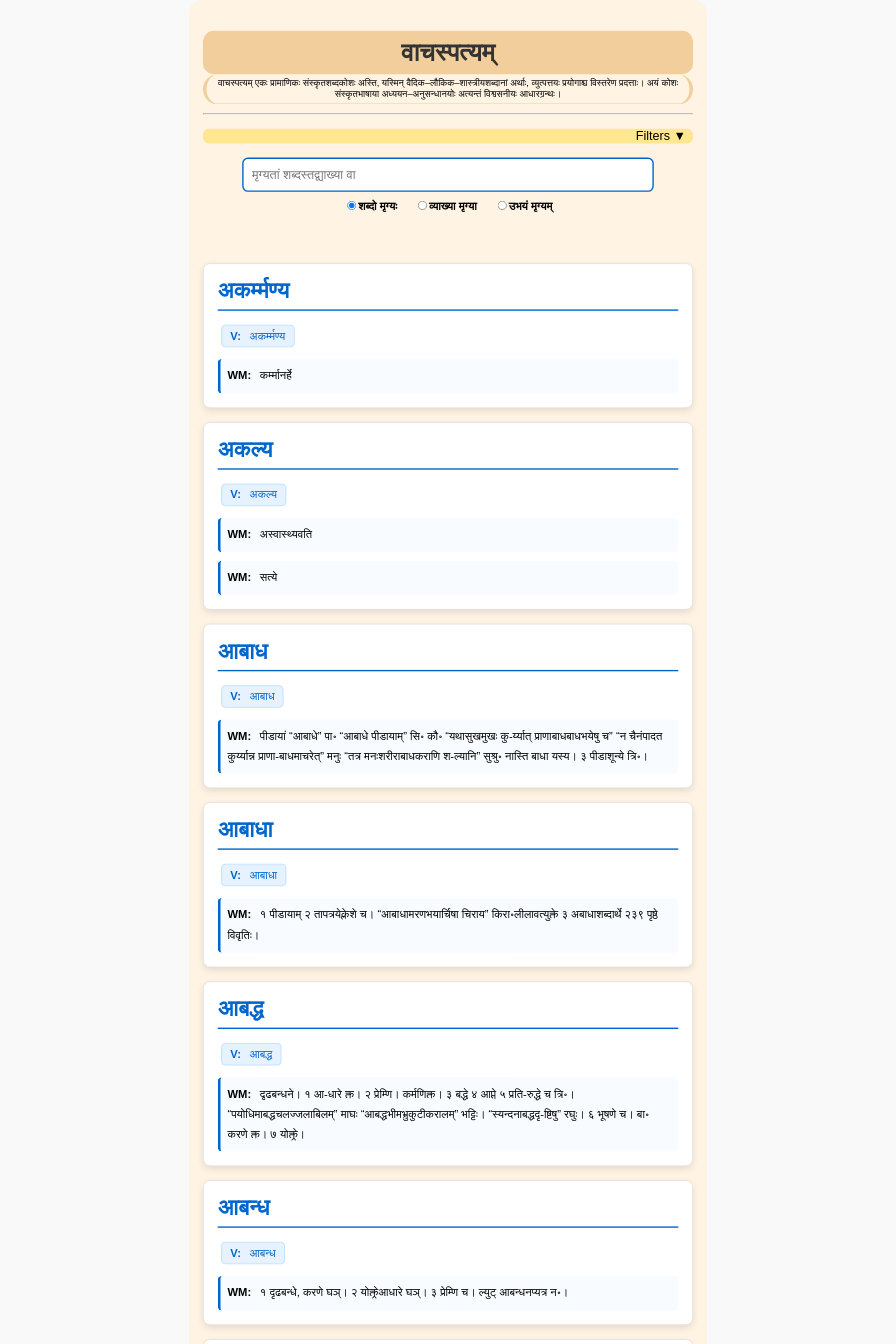
Repository: sanskritsphere/vachaspatyam-demo
Page: index.html
An editor plug-in stored every save of this project. The page is shown before and after the next save, followed by the edit.
The browser window is 1280 px wide. The pictures show the part of the page from y = 0 to 1920 px (the page is 3422 px tall before and 3410 px after), at 70% of full size.

Above is the page before, as saved 2025-12-14 16:11:34.

### index.html
<!DOCTYPE html>
<html lang="sa">
<head>
    <meta charset="UTF-8">
    <meta name="viewport" content="width=device-width, initial-scale=1.0">
    <link rel="styleSheet" type="text/css" href="style.css">
    <title>वाचस्पत्यम् शब्दकोशः</title>

</head>
<body>
    <div class="container">
    <header>
        <h1>वाचस्पत्यम्</h1>
    <p class="small">वाचस्पत्यम् एकः प्रामाणिकः संस्कृतशब्दकोशः अस्ति, यस्मिन् वैदिक–लौकिक–शास्त्रीयशब्दानां अर्थाः, व्युत्पत्तयः प्रयोगाश्च विस्तरेण प्रदत्ताः।
अयं कोशः संस्कृतभाषाया अध्ययन–अनुसन्धानयोः अत्यन्तं विश्वसनीयः आधारग्रन्थः।</p>
    </header>
    <hr>
<div class="toggle-btn" id="toggleFilters">
    Filters
    <span class="arrow">▼</span>
</div>
    <div id="searchContainer">
        <input type="text" id="search" placeholder="मृग्यतां शब्दस्तद्व्याख्या वा">
        <div class="search-options">
            <label><input type="radio" name="searchMode" value="wordOnly" checked>शब्दो मृग्यः</label>
            <label><input type="radio" name="searchMode" value="meaningOnly">व्याख्या मृग्या</label>
            <label><input type="radio" name="searchMode" value="both">उभयं मृग्यम्</label>
        </div>
    </div>

    <div class="filters" id="filtersPanel">
        <div class="filter-group" id="startingLetterGroup">
            <label>आद्यक्षरानुक्रमेण पृथक्करणम्</label>
            <select id="startingLetterFilter">
                <option value="">सर्वाणि आद्यक्षराणि</option>
            </select>
        </div>

        <div class="filter-group" id="gcGroup">
            <label>लिङ्गशः पृथक्करणम्</label>
            <select id="gcFilter">
                <option value="">सर्वलिङ्गानि</option>
            </select>
        </div>

        <!-- टैग विज़िबिलिटी -->
        <div class="filter-group" style="grid-column: 1 / -1;" id="tagVisibilityGroup">
            <label>दर्शयितुमिष्टानि खण्डानि चिन्वीत</label>
            <div class="tag-visibility" id="tagVisibility">
                <!-- डायनामिकली जनरेट होगा -->
            </div>
        </div>

        <!-- नए टैग फ़िल्टर सेक्शन -->
        <div class="filter-group" style="grid-column: 1 / -1;" id="tagFiltersGroup">
            <label>टैग्-मूल्येन विशिष्टमानानि चीयन्ताम्</label>
            <div class="tag-filters" id="tagFilters">
                <!-- XML से सभी टैग्स के लिए डायनामिक सिलेक्ट बॉक्स जनरेट होंगे -->
            </div>
        </div>
    </div>

    <div id="results"></div>
</div>
    <script>

        let dictionary = [];
        let allTags = new Set();
        let tagValues = {}; // { tag: Set of values }
        let startingLetters = new Set();
        let gcValues = new Set();
        let currentPage = 1;
        const itemsPerPage = 25;
        // XML फ़ाइल लोड करना
        fetch('vachaspatyam.xml')
            .then(response => response.text())
            .then(xmlText => {
                const parser = new DOMParser();
                const xml = parser.parseFromString(xmlText, "application/xml");
                const entries = xml.querySelectorAll('entry');

                entries.forEach(entry => {
                    const obj = {};
                    entry.querySelectorAll('*').forEach(child => {
                        const tagName = child.tagName;
                        allTags.add(tagName);

                        if (!obj[tagName]) obj[tagName] = [];
                        const value = child.textContent.trim();
                        if (value) obj[tagName].push(value);

                        // टैग वैल्यूज़ कलेक्ट करना
                        if (!tagValues[tagName]) tagValues[tagName] = new Set();
                        tagValues[tagName].add(value);

                        // विशेष हैंडलिंग
                        if (tagName === 'V' && value) {
                            startingLetters.add(value[0]);
                        }
                        if (tagName === 'GC' && value) {
                            gcValues.add(value);
                        }
                    });
                    dictionary.push(obj);
                });

                generateDynamicFilters();
                generateTagVisibility();
                generateTagFilters(); // नया फ़ीचर
                renderEntries(dictionary);
            })
            .catch(err => {
                document.getElementById('results').innerHTML =
                    '<p class="no-results">vachaspatyam.xml इति संचिका न लब्धा। कृपया तां स्थापयतु।</p>';
                console.error(err);
            });

        function generateDynamicFilters() {
            const startingSelect = document.getElementById('startingLetterFilter');
            [...startingLetters].sort().forEach(letter => {
                const opt = document.createElement('option');
                opt.value = letter;
                opt.textContent = letter;
                startingSelect.appendChild(opt);
            });

            const gcSelect = document.getElementById('gcFilter');
            [...gcValues].sort().forEach(gc => {
                const opt = document.createElement('option');
                opt.value = gc;
                opt.textContent = gc;
                gcSelect.appendChild(opt);
            });
        }

        function generateTagVisibility() {
            const container = document.getElementById('tagVisibility');
            container.innerHTML = '';
            [...allTags].sort().forEach(tag => {
                const label = document.createElement('label');
                const checkbox = document.createElement('input');
                checkbox.type = 'checkbox';
                checkbox.id = 'show' + tag;
                checkbox.checked = tag === 'V' || tag === 'WM'; // डिफ़ॉल्ट V और WM दिखाएँ
                label.appendChild(checkbox);
                label.appendChild(document.createTextNode(' ' + tag));
                container.appendChild(label);
            });
        }

        function generateTagFilters() {
            const container = document.getElementById('tagFilters');
            container.innerHTML = '';
            [...allTags].sort().forEach(tag => {
                if (tag === 'V') return; // V के लिए पहले से आदि अक्षर फ़िल्टर है

                const group = document.createElement('div');
                group.className = 'filter-group';

                const label = document.createElement('label');
                label.textContent = `${tag} मूल्येन पृथक्करोतु`;
                group.appendChild(label);

                const select = document.createElement('select');
                select.id = 'filter_' + tag;
                select.innerHTML = '<option value="">सर्वाणि</option>';

                // टैग के सभी यूनिक वैल्यूज़ जोड़ना
                [...tagValues[tag]].sort().forEach(val => {
                    const opt = document.createElement('option');
                    opt.value = val;
                    opt.textContent = val;
                    select.appendChild(opt);
                });

                group.appendChild(select);
                container.appendChild(group);
            });
        }

        function getMeaningText(entry) {
            let text = '';
            Object.keys(entry).forEach(key => {
                if (key !== 'V') {
                    text += entry[key].join(' ') + ' ';
                }
            });
            return text;
        }

        function renderEntries(entries, query) {
    const resultsDiv = document.getElementById('results');
    resultsDiv.innerHTML = '';

    if (entries.length === 0) {
        resultsDiv.innerHTML =
            '<p class="no-results">कश्चन शब्दो न लब्धः। कृपया मृग्यपदं परिवर्तयतु।</p>';
        return;
    }

    entries.forEach(entry => {
        const div = document.createElement('div');
        div.className = 'entry';

        const headWord = entry.V ? highlightText(entry.V[0], query) : 'अज्ञातः';
        div.innerHTML = `<h3>${headWord}</h3>`;

        const tagsDiv = document.createElement('div');

        allTags.forEach(tag => {
            const checkbox = document.getElementById('show' + tag);
            if (checkbox && checkbox.checked && entry[tag]) {
                entry[tag].forEach(value => {
                    const highlightedValue = highlightText(value, query);

                    if (tag === 'WM' || tag === 'EXP') {
                        tagsDiv.innerHTML += `
                            <div class="content">
                                <span class="tag-name">${tag}:</span>
                                ${highlightedValue}
                            </div>`;
                    } else {
                        tagsDiv.innerHTML += `
                            <span class="tag">
                                <span class="tag-name">${tag}:</span>
                                ${highlightedValue}
                            </span>`;
                    }
                });
            }
        });

        div.appendChild(tagsDiv);
        resultsDiv.appendChild(div);
    });
}


        function filterEntries() {
            let filtered = dictionary;

            const query = document.getElementById('search').value.trim();
            const searchMode = document.querySelector('input[name="searchMode"]:checked').value;

            if (query) {
                if (searchMode === 'wordOnly') {
                    filtered = filtered.filter(entry => entry.V && entry.V.some(v => v.includes(query)));
                } else if (searchMode === 'meaningOnly') {
                    filtered = filtered.filter(entry => getMeaningText(entry).includes(query));
                } else {
                    filtered = filtered.filter(entry =>
                        (entry.V && entry.V.some(v => v.includes(query))) ||
                        getMeaningText(entry).includes(query)
                    );
                }
            }

            const startingLetter = document.getElementById('startingLetterFilter').value;
            if (startingLetter) {
                filtered = filtered.filter(entry => entry.V && entry.V[0].startsWith(startingLetter));
            }

            const gc = document.getElementById('gcFilter').value;
            if (gc) {
                filtered = filtered.filter(entry => entry.GC && entry.GC.includes(gc));
            }

            // सभी टैग फ़िल्टर्स
            allTags.forEach(tag => {
                const select = document.getElementById('filter_' + tag);
                if (select && select.value) {
                    const filterValue = select.value;
                    filtered = filtered.filter(entry =>
                        entry[tag] && entry[tag].includes(filterValue)
                    );
                }
            });

            renderEntries(filtered, query);
        }

        // for highlight
            function highlightText(text, query) {
                if (!query) return text;
                const regex = new RegExp(`(${query})`, 'gi');
                return text.replace(regex, '<mark>$1</mark>');
            }

        // टॉगल बटन
    document.getElementById('toggleFilters').addEventListener('click', () => {
    const panel = document.getElementById('filtersPanel');
    const btn = document.getElementById('toggleFilters');
    btn.classList.toggle('active');
    panel.style.display = panel.style.display === 'block' ? 'none' : 'block';

    if (panel.classList.contains('show')) {
        panel.classList.remove('show');
        setTimeout(() => {
            panel.style.display = 'none';
        }, 600); // CSS transition duration के बराबर
    } else {
        panel.style.display = 'grid';
        // थोड़ा सा delay ताकि display apply हो जाए
        requestAnimationFrame(() => {
            panel.classList.add('show');
        });
    }
});


    function generateTagVisibility() {
    const container = document.getElementById('tagVisibility');
    container.innerHTML = '';

    // टैग नेम → संस्कृत में पूरा लेबल (विवरण)
    const tagLabels = {
        V:    "शब्दः (Vocable)",
        GC:   "लिङ्गम् (Grammatical Category)",
        GR:   "व्युत्पत्तिः (Grammar & Root)",
        ET:   "व्युत्पत्ति-विवरणम् (Etymology)",
        EXP:  "व्याख्या (Explanation)",
        CA:   "समास-विश्लेषणम् (Compound Analysis)",
        CT:   "उद्धरणम् (Citation Text)",
        RM:   "सन्दर्भः (Reference Mode)",
        WM:   "मुख्यार्थः (Word Meaning)"
        // यदि भविष्य में नया टैग जोड़ा जाए तो यहाँ उसका विवरण जोड़ सकते हैं
    };

    [...allTags].sort().forEach(tag => {
        const label = document.createElement('label');
        const checkbox = document.createElement('input');
        checkbox.type = 'checkbox';
        checkbox.id = 'show' + tag;
        // डिफ़ॉल्ट: V और WM हमेशा चेक रहें
        checkbox.checked = (tag === 'V' || tag === 'WM');

        label.appendChild(checkbox);
        // विवरण यदि उपलब्ध हो तो दिखाएँ, अन्यथा केवल टैग नेम
        const displayText = tagLabels[tag] || tag;
        label.appendChild(document.createTextNode(' ' + displayText));

        container.appendChild(label);
    });
}



        // सभी इवेंट्स
        document.getElementById('search').addEventListener('input', filterEntries);
        document.querySelectorAll('input[name="searchMode"]').forEach(radio => radio.addEventListener('change', filterEntries));
        document.getElementById('startingLetterFilter').addEventListener('change', filterEntries);
        document.getElementById('gcFilter').addEventListener('change', filterEntries);
        document.getElementById('filtersPanel').addEventListener('change', filterEntries); // सभी सिलेक्ट और चेकबॉक्स




    </script>
</body>
</html>

### style.css

        body {
            font-family: 'Sanskrit Text', 'Arial Unicode MS', Arial, sans-serif;
            margin: 20px;
            background-color: #f9f9f9;
            direction: ltr;
            margin: 0;
            padding: 0;
        }
        .container{
            width: 95%;
            max-width: 700px;
            margin: auto;
            background-color: #fff3e3;
            padding: 20px;
            border-radius: 20px;
        }
        header{
            display: block;
            justify-content: center;
            align-items: center;
            gap: 20px;
        }

       header h1 {
            text-align: center;
            color: #333;
            font-size: 36px;
            background-color: #f1ce9c;
            padding: 10px;
            border-radius: 15px;
            margin-bottom: 0;
        }
       header .small{
            margin-top: 0;
            padding: 5px;
            font-size: smaller;
            border-left: 5px solid #f1ce9c;
            border-radius: 100px ;
            border-right: 5px solid #f1ce9c;
            border-bottom: 1px solid #f1ce9c;
            text-align: center;
        }
        #toggleFilters {
            display: block;
            margin: 20px auto;
            padding: 0px 10px ;
            font-size: 18px;
            background: #ffe792;
            color: rgb(0, 0, 0);
            border: none;
            border-radius: 8px;
            cursor: pointer;
            text-align: right;

        }

        .arrow {
        display: inline-block;
        transition: transform 0.4s ease;
    }

    #toggleFilters.active .arrow {
        transform: rotate(180deg);
    }
        #searchContainer {
            margin-bottom: 20px;
            text-align: center;
        }
        #search {
            width: 80%;
            max-width: 600px;
            padding: 12px;
            font-size: 18px;
            border: 2px solid #0066cc;
            border-radius: 8px;
        }
        .search-options {
            margin-top: 10px;
        }
        .search-options label {
            margin: 0 10px;
            font-weight: bold;
            font-size: 16px;

        }
        .filters {
    margin-bottom: 20px;
    padding: 15px;
    background: #fff;
    border: 1px solid #ddd;
    border-radius: 10px;
    box-shadow: 0 4px 10px rgba(0,0,0,0.1);
    margin-top: 10px;
    /* display: grid; */
    grid-template-columns: repeat(auto-fit, minmax(300px, 1fr));
    gap: 20px;
    max-height: 0;
    opacity: 0;
    overflow: hidden;
    transition: max-height 0.6s ease, opacity 0.6s ease;
    min-width: 100%;
}
.filters.show {
    position: relative;
    max-height: 2000px; /* content से ज़्यादा रखो */
    opacity: 1;

}

        .filter-group {
            display: flex;
            flex-direction: column;
        }
        .filter-group label {
            font-weight: bold;
            margin-bottom: 8px;
            color: #333;
            font-size: 18px;
        }
        .filter-group select {
            padding: 8px;
            border-radius: 6px;
            border: 1px solid #ccc;
            font-size: 16px;
            max-width: 300px;
        }
        .tag-visibility {
            display: grid;
            grid-template-columns: repeat(auto-fill, minmax(180px, 1fr));
            gap: 10px;
            margin-top: 10px;
        }
        .tag-visibility label {
            font-weight: normal;
            display: flex;
            align-items: center;
            font-size: 16px;
        }
        .tag-visibility input[type="checkbox"] {
            margin-right: 8px;
        }
        .tag-filters {
            display: grid;
            grid-template-columns: repeat(auto-fill, minmax(250px, 1fr));
            gap: 15px;
            margin-top: 15px;
            padding: 10px;
            background: #fff9f9;
            border-radius: 8px;
        }
        #results {
            display: grid;
            gap: 20px;
        }
        .entry {
            background: white;
            padding: 20px;
            border: 1px solid #ddd;
            border-radius: 10px;
            box-shadow: 0 4px 10px rgba(0,0,0,0.1);
        }
        .entry h3 {
            margin: 0 0 15px 0;
            color: #0066cc;
            font-size: 32px;
            border-bottom: 2px solid #0066cc;
            padding-bottom: 8px;
        }
        .tag {
            display: inline-block;
            background: #e6f2ff;
            color: #0066cc;
            padding: 6px 12px;
            margin: 5px;
            border-radius: 6px;
            font-size: 16px;
            border: 1px solid #b3d9ff;
        }
        .tag-name {
            font-weight: bold;
            margin-right: 8px;
        }
        .content {
            margin-top: 12px;
            line-height: 1.8;
            background: #f8fbff;
            padding: 10px;
            border-radius: 6px;
            border-left: 4px solid #0066cc;
            font-size: 16px;
        }
        .no-results {
            text-align: center;
            color: #888;
            font-size: 22px;
            padding: 40px;
        }
        @media (max-width: 768px) {
            .filters {
                grid-template-columns: 1fr;
            width: 92%;
            }
            .tag-visibility, .tag-filters {
                grid-template-columns: 1fr;
            width: 92%;
            }
            #search {
                width: 92%;
            }
            .container{
                margin: 0%;
                width: 100%;
                max-width: 90%;
            }
           .container select{
             max-width: 250px;
            }
        }
    mark {
    background-color: #ffff01;
}

After the next save:
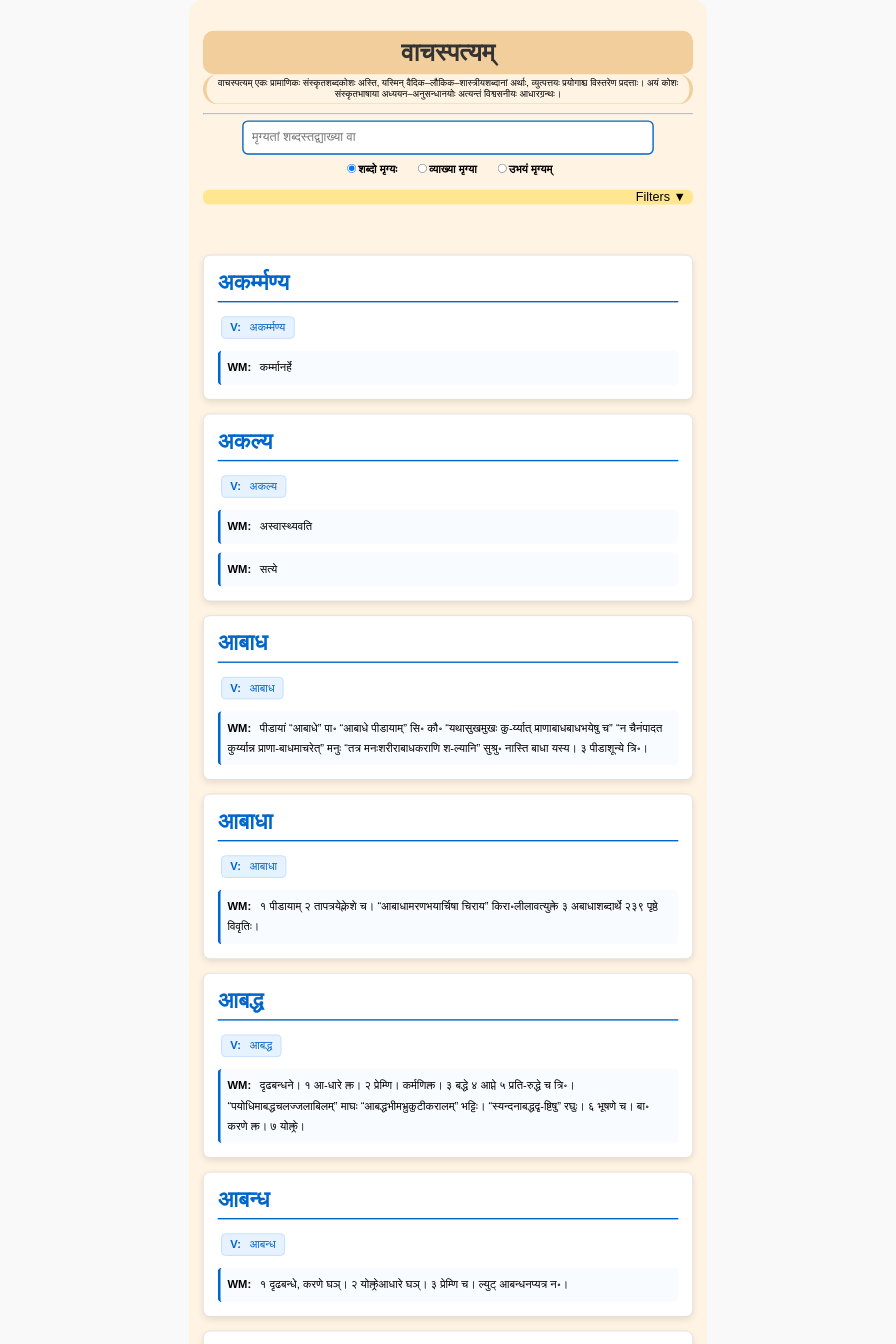
Saved 2 min 25 s later.
--- a/index.html
+++ b/index.html
@@ -15,10 +15,7 @@
 अयं कोशः संस्कृतभाषाया अध्ययन–अनुसन्धानयोः अत्यन्तं विश्वसनीयः आधारग्रन्थः।</p>
     </header>
     <hr>
-<div class="toggle-btn" id="toggleFilters">
-    Filters
-    <span class="arrow">▼</span>
-</div>
+
     <div id="searchContainer">
         <input type="text" id="search" placeholder="मृग्यतां शब्दस्तद्व्याख्या वा">
         <div class="search-options">
@@ -27,7 +24,10 @@
             <label><input type="radio" name="searchMode" value="both">उभयं मृग्यम्</label>
         </div>
     </div>
-
+    <div class="toggle-btn" id="toggleFilters">
+    Filters
+    <span class="arrow">▼</span>
+ </div>
     <div class="filters" id="filtersPanel">
         <div class="filter-group" id="startingLetterGroup">
             <label>आद्यक्षरानुक्रमेण पृथक्करणम्</label>
